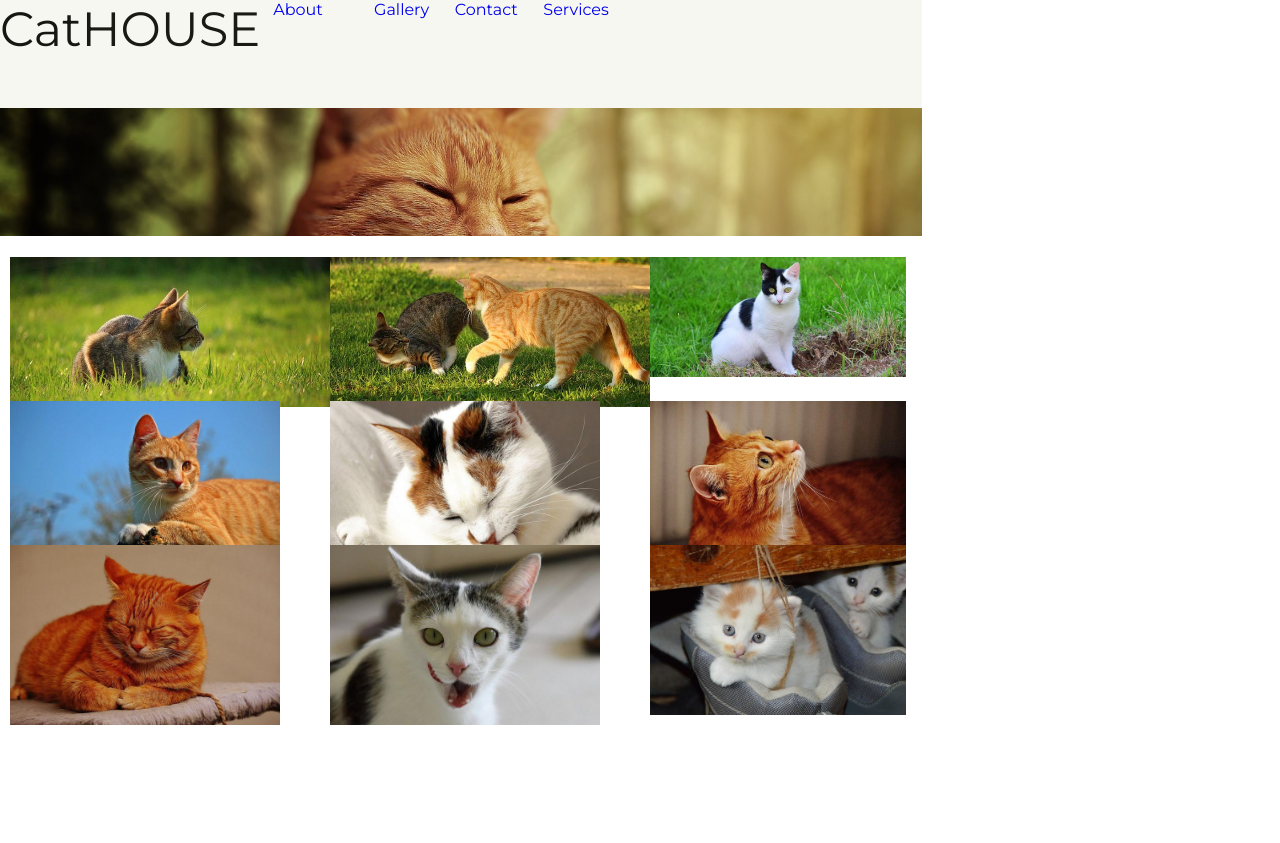
Repository: raul4264/final
Page: Gallery.html
These files come from the project's save history. The page is drawn as it stood at one moment and after the next save; the edit follows.
The browser window is 1280 px wide. The pictures show the whole page.

Above is the page before, as saved 2021-03-22 14:03:22.

### Gallery.html
<!DOCTYPE html>
<html lang="en">

<head>
    <meta charset="UTF-8">
    <meta http-equiv="X-UA-Compatible" content="IE=edge">
    <meta name="viewport" content="width=device-width, initial-scale=1.0">
    <title>Gallery</title>
    <link href="css/gallery.css" rel="stylesheet" type="text/css">
</head>

<body>
    <div id="grilla">
        <header>
            <div class="banner">

                <nav id="nav">

                    <div class="item1">
                        <p>Cat</p>
                    </div>

                    <div class="item2">
                        <p>HOUSE</p>
                    </div>


                    <ul class="item3">
                        <li class=""><a href="about.html">About</li>
                        <li class=""><a href="Gallery.html">Gallery</a></li>
                        <li class=""><a href="Contact.html">Contact</a></li>
                        <li class=""><a href="Services.html ">Services</a></li>
                    </ul>
                </nav>
            </div>

        </header>

        <main>

                <img src="images/b1.jpg " class="uno" alt="imagen2 " />
                <img src="images/b2.jpg "class="dos"  alt="imagen3 " />
                <img src="images/b3.jpg "class="tres"  alt="imagen3 " />


                <img src="images/g1.jpg " class="cuatro" alt="imagen2 " />
                <img src="images/g2.jpg " class="cinco" alt="imagen3 " />
                <img src="images/g3.jpg " class="seis" alt="imagen3 " />

                <img src="images/g4.jpg "class="siete"  alt="imagen2 " />
                <img src="images/g5.jpg " class="ocho" alt="imagen3 " />
                <img src="images/g6.jpg " class="nueve" alt="imagen3 " />

        </main>
        <footer>
            <!--  <div class="footer">
                <a href="http://www.facebook.com " target="blanck ">Facebook</a>
                <a href="http://www.google.com " target="blanck ">google</a>
            </div> -->
        </footer>


    </div>
</body>

</html>

### css/gallery.css
@import url('https://fonts.googleapis.com/css2?family=Montserrat:wght@400;500&display=swap');
@import url('https://fonts.googleapis.com/css2?family=Montserrat:wght@400;500&family=Poppins:wght@300&display=swap');
* {
    font-family: 'Montserrat', sans-serif;
    margin: 0 ;
    padding: 0;
}
body{


}
.banner {
    background: url(../images/1.jpg) no-repeat 0px 0px;
    background-size: cover;
    padding: 0em 0 4em;
    height: 100%;
    width: 72vw;
}

#nav {
    display: flex;
    background-color: rgb(247, 247, 241);

    height: 15vh;
}

.item1 {
    color: rgb(22, 22, 18);
    font-family: monserrat;
    font-size: 3em;
}

.item2 {
    color: rgb(26, 26, 20);
    font-family: monserrat;
    font-size: 3em;
}

.item3 {
    display: flex;
    list-style: none;
}

.item3 li a {
    text-decoration: none;
    padding: 1vw;
}

.li {
    padding: 10px;
}


/*.............Grid..........*/

#grilla {
    max-width: 100vh;
    display: grid;
    grid-template-columns:33% 33% 33%;
    grid-template-rows:  ;
}

header {
    grid-column-start: 1;
    grid-column-end: 4;
    grid-row-start: 1;
    grid-row-end: 2;
}

/* .sec1 {

    grid-column-start: 1;
    grid-column-end: 4;
    grid-row-start: 2;
    grid-row-end: 3;


    max-height: 20vh;
}

.sec2 {

    grid-column-start: 1;
    grid-column-end: 4;
    grid-row-start: 3;
    grid-row-end: 4;

    max-height: 25vh;
}

.sec3 {

    grid-column-start: 1;
    grid-column-end: 4;
    grid-row-start: 4;
    grid-row-end: 5;
    max-height: 25vh;
} */
main {
    display: grid;
    grid-template-columns: 25vw 25vw 20vw;
    grid-template-rows: 20vh 20vh 40vh;
    grid-column-start: 1;
    grid-column-end: 4;
    grid-row-start: 2;
    grid-row-end: 3;
    padding: 10px;
    margin-top: 75px;
}
.uno{
    grid-column-start: 1;
    grid-column-end: 2;
    grid-row-start: 1;
    grid-row-end: 2;
    max-height: 25vh;
}
.dos{
    grid-column-start: 2;
    grid-column-end: 3;
    grid-row-start: 1;
    grid-row-end: 2;
    max-height: 25vh;
}
.tres{
    grid-column-start: 3;
    grid-column-end: 4;
    grid-row-start:1;
    grid-row-end: 2;

}
.cuatro{
    grid-column-start: 1;
    grid-column-end: 2;
    grid-row-start: 2;
    grid-row-end: 3;
    max-height: 25vh;
}
.cinco{
    grid-column-start: 2;
    grid-column-end: 3;
    grid-row-start: 2;
    grid-row-end: 3;
    max-height: 25vh;
}
.seis{
    grid-column-start: 3;
    grid-column-end: 4;
    grid-row-start:2;
    grid-row-end: 3;
    max-height: 25vh;
}
.siete{
    grid-column-start: 1;
    grid-column-end: 2;
    grid-row-start: 3;
    grid-row-end: 4;
    max-height: 25vh;
}
.ocho{
    grid-column-start: 2;
    grid-column-end: 3;
    grid-row-start: 3;
    grid-row-end: 4;
    max-height: 25vh;
}
.nueve{
    grid-column-start: 3;
    grid-column-end: 4;
    grid-row-start:3;
    grid-row-end: 4;
    max-height: 25vh;
}

footer {
    grid-column-start: 1;
    grid-column-end: 4;
    grid-row-start: 3;
    grid-row-end: 4;
    background-color: black;
}




/*.......................................*/

img {
    max-width: 100%;
    max-height: 100%;
    object-fit: contain;
}

After the next save:
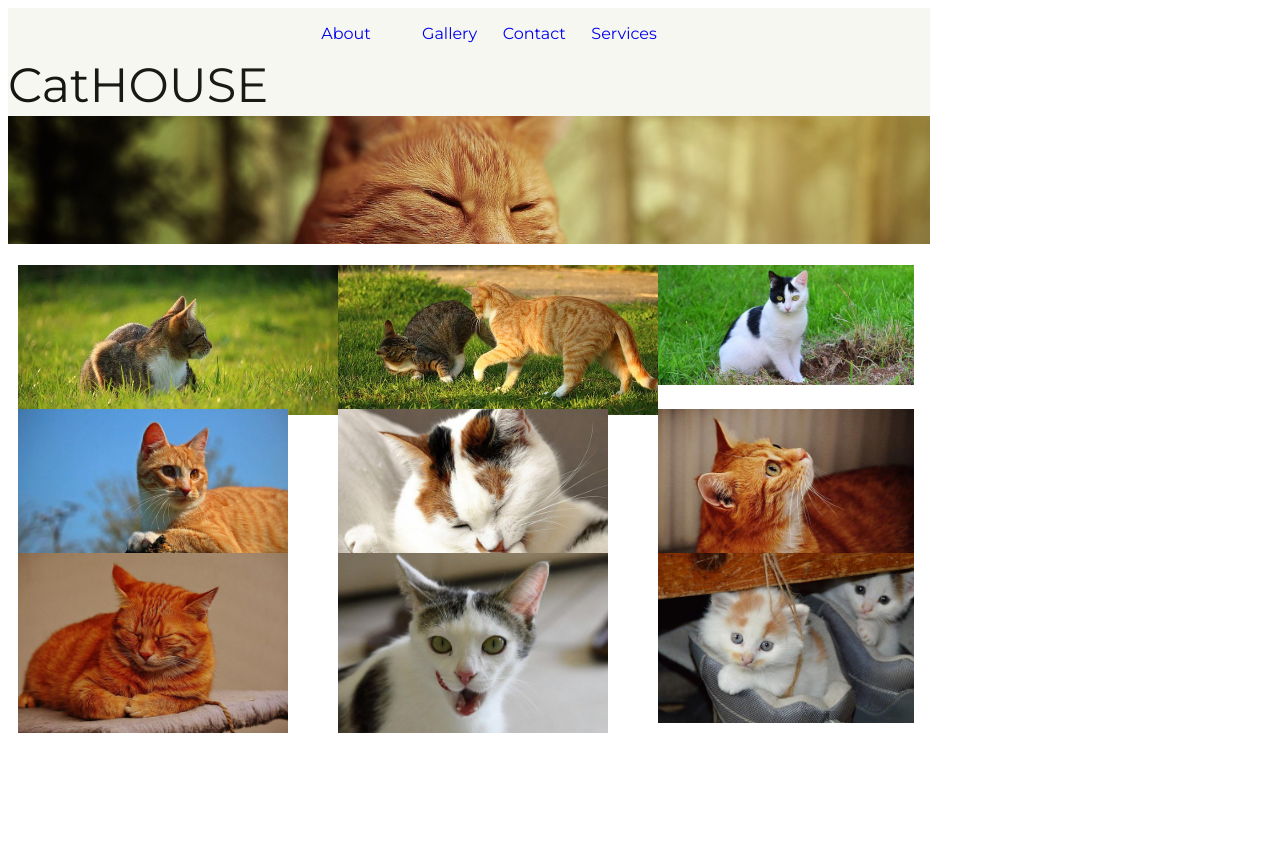
Saved 26 s later.
--- a/css/gallery.css
+++ b/css/gallery.css
@@ -2,8 +2,7 @@
 @import url('https://fonts.googleapis.com/css2?family=Montserrat:wght@400;500&family=Poppins:wght@300&display=swap');
 * {
     font-family: 'Montserrat', sans-serif;
-    margin: 0 ;
-    padding: 0;
+
 }
 body{
 

After the save that followed:
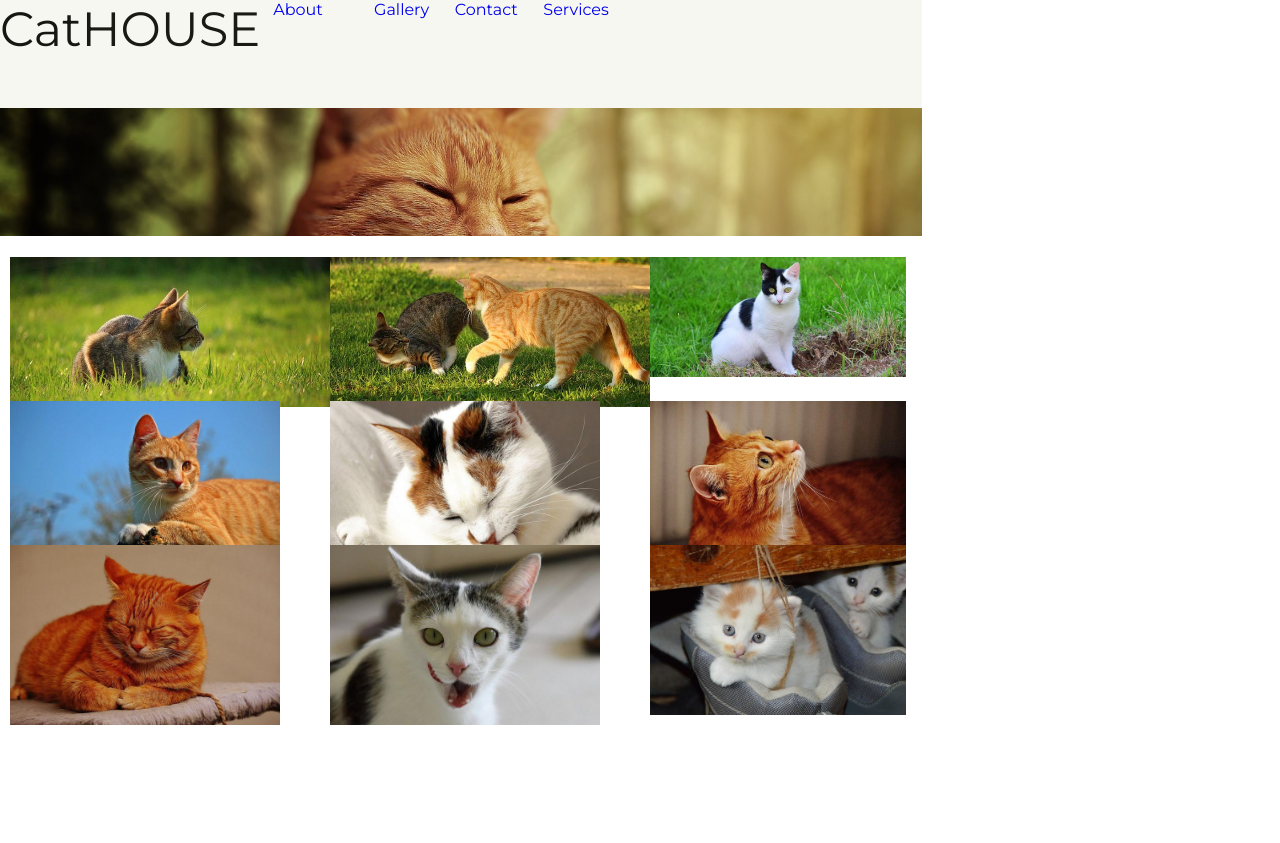
Saved 11 s later.
--- a/css/gallery.css
+++ b/css/gallery.css
@@ -2,7 +2,8 @@
 @import url('https://fonts.googleapis.com/css2?family=Montserrat:wght@400;500&family=Poppins:wght@300&display=swap');
 * {
     font-family: 'Montserrat', sans-serif;
-
+    margin: 0 ;
+    padding: 0;
 }
 body{
 
